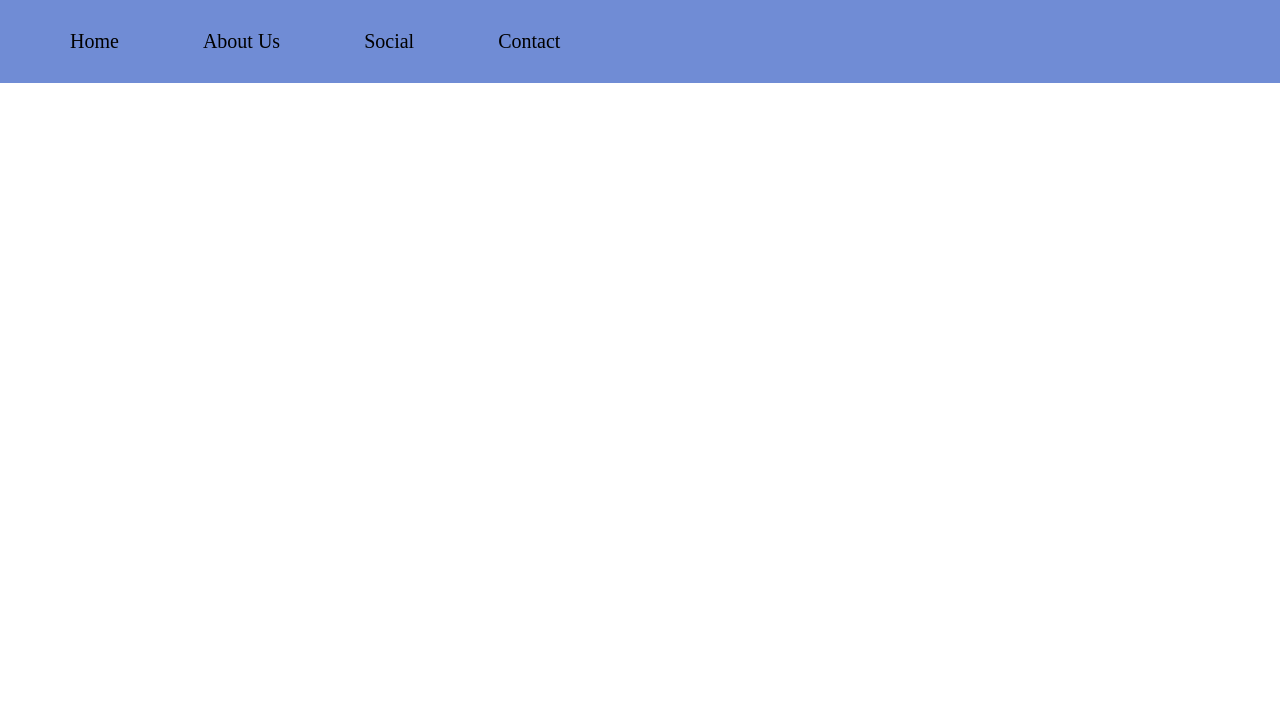
Repository: armanali13000/JAVA_CRUD
Page: http://localhost/CRUD_APP/
An editor plug-in stored every save of this project. The page is shown before and after the next save, followed by the edit.
The browser window is 1280 px wide. The pictures show the whole page.
The page is served by Tomcat 9.

Above is the page before, as saved 2023-03-05 14:31:30.

### CRUD_APP/src/main/webapp/index.jsp
<%@ page language="java" contentType="text/html; charset=ISO-8859-1"
    pageEncoding="ISO-8859-1"%>
<!DOCTYPE html>
<html>
<head>
<meta charset="ISO-8859-1">
<title>Home Page</title>
</head>
<body>
		<!-- Navbar -->
	<%@ include file="Header.jsp" %>

	<div>
		<img src="" alt="">
	</div>


</body>
</html>

### CRUD_APP/src/main/webapp/Header.jsp
<%@ page language="java" contentType="text/html; charset=ISO-8859-1"
    pageEncoding="ISO-8859-1"%>
<!DOCTYPE html>
<html>
<head>
<meta charset="ISO-8859-1">
<title></title>

	<style>

		body
        {
            padding: 0px;
            margin: 0px;
        }
        .navbar
        {
            background: #708CD5;
            padding: 30px;
            position: sticky;
            top: 0px;

        }
        a
        {
            color: black;
            text-decoration: none;
            padding: 20px;
            margin: 20px;
            font-size: 20px;
        }

	</style>

</head>
<body>

		<div class="navbar">

        <a href="#">Home</a>
        <a href="#">About Us</a>
        <a href="#">Social</a>
        <a href="#">Contact</a>

    </div>

</body>
</html>

After the next save:
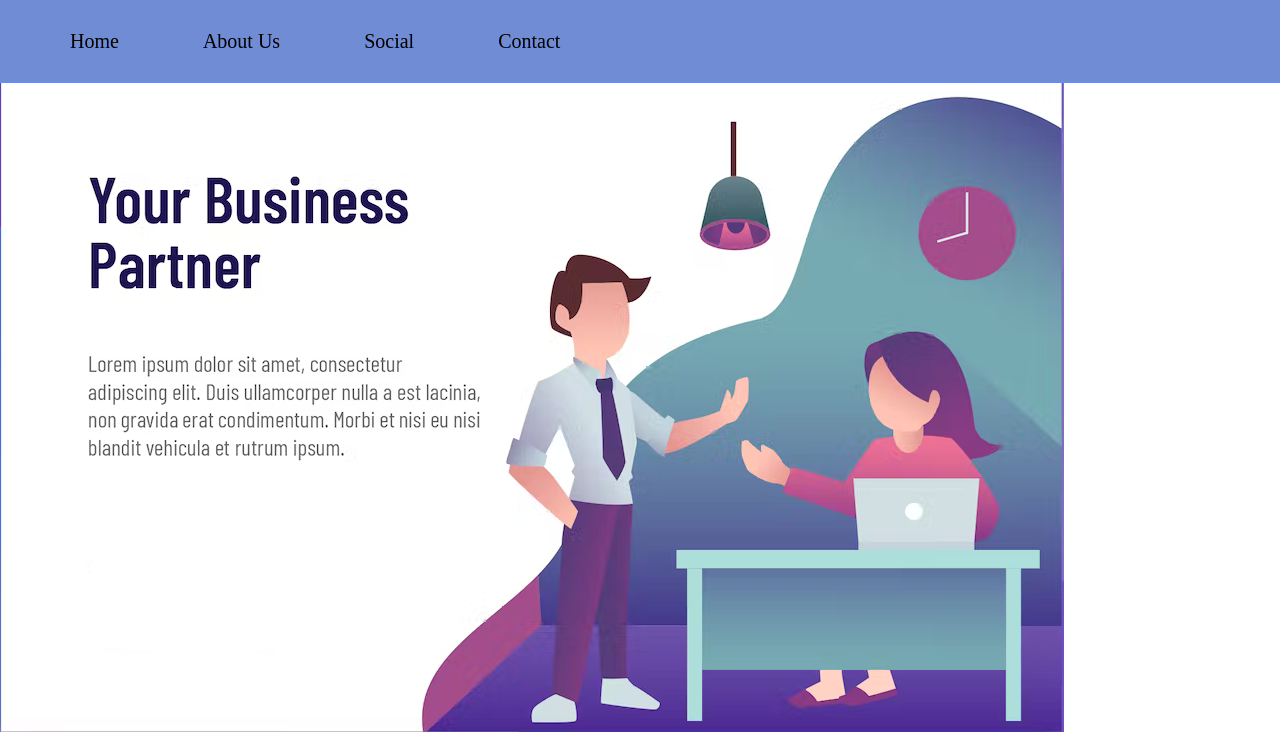
Saved 2 min 6 s later.
--- a/CRUD_APP/src/main/webapp/index.jsp
+++ b/CRUD_APP/src/main/webapp/index.jsp
@@ -11,7 +11,7 @@
 	<%@ include file="Header.jsp" %>
 
 	<div>
-		<img src="" alt="">
+		<img src="images/cover.png" alt="">
 	</div>
 
 
